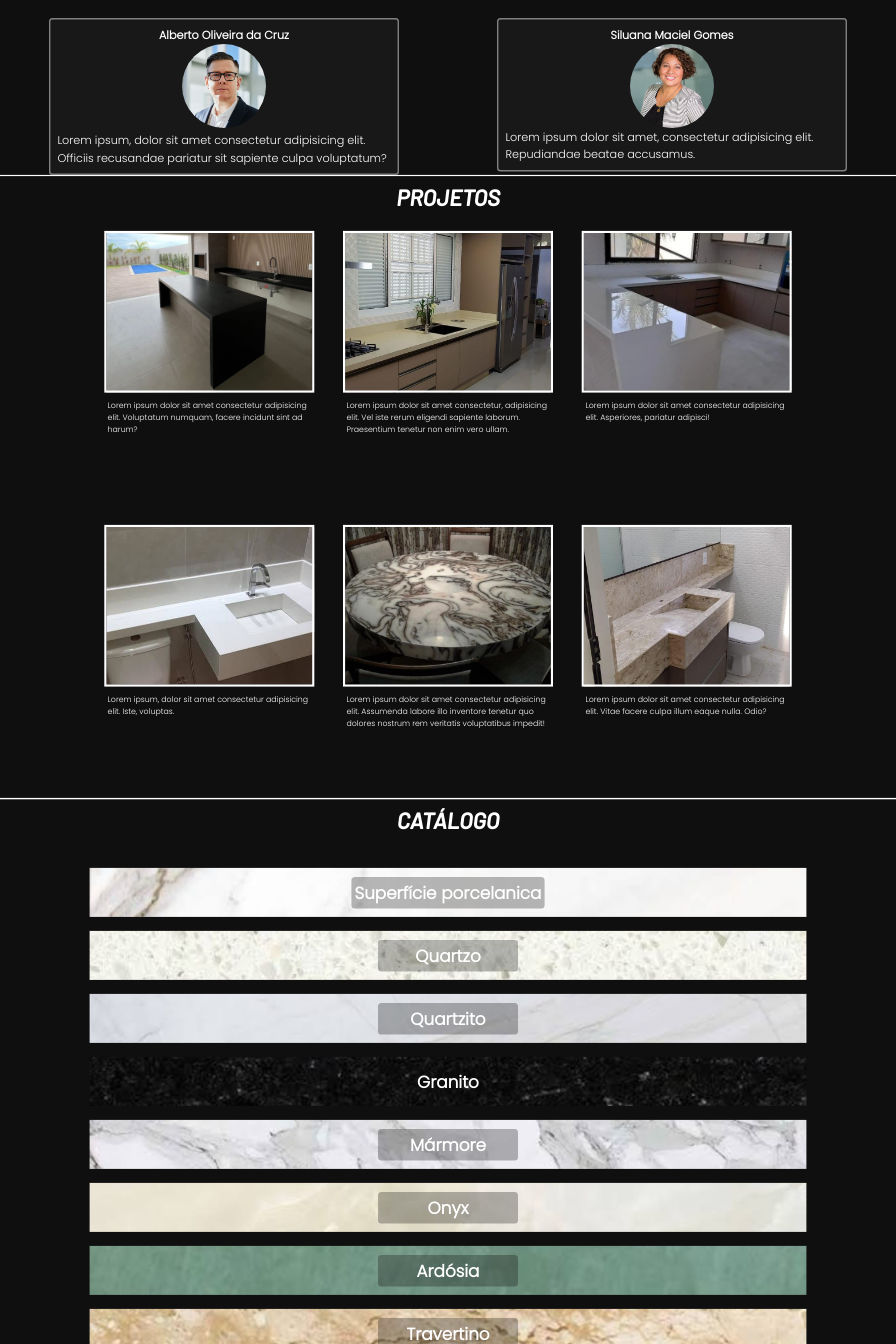
Repository: XFERRER7/projeto-xt7
Page: projetoMarmoraria/index.html
The author's editor kept a copy of each file at every save. The page is drawn from the files as they stood at one save, then again after the next save.
The browser window is 1280 px wide. The pictures show the part of the page from y = 1157 to 3077 px (the page is 4129 px tall before and 4193 px after), at 70% of full size.
Some web libraries are served in a nearby version.

Above is the page before, as saved 2022-05-19 14:41:18.

After the next save:
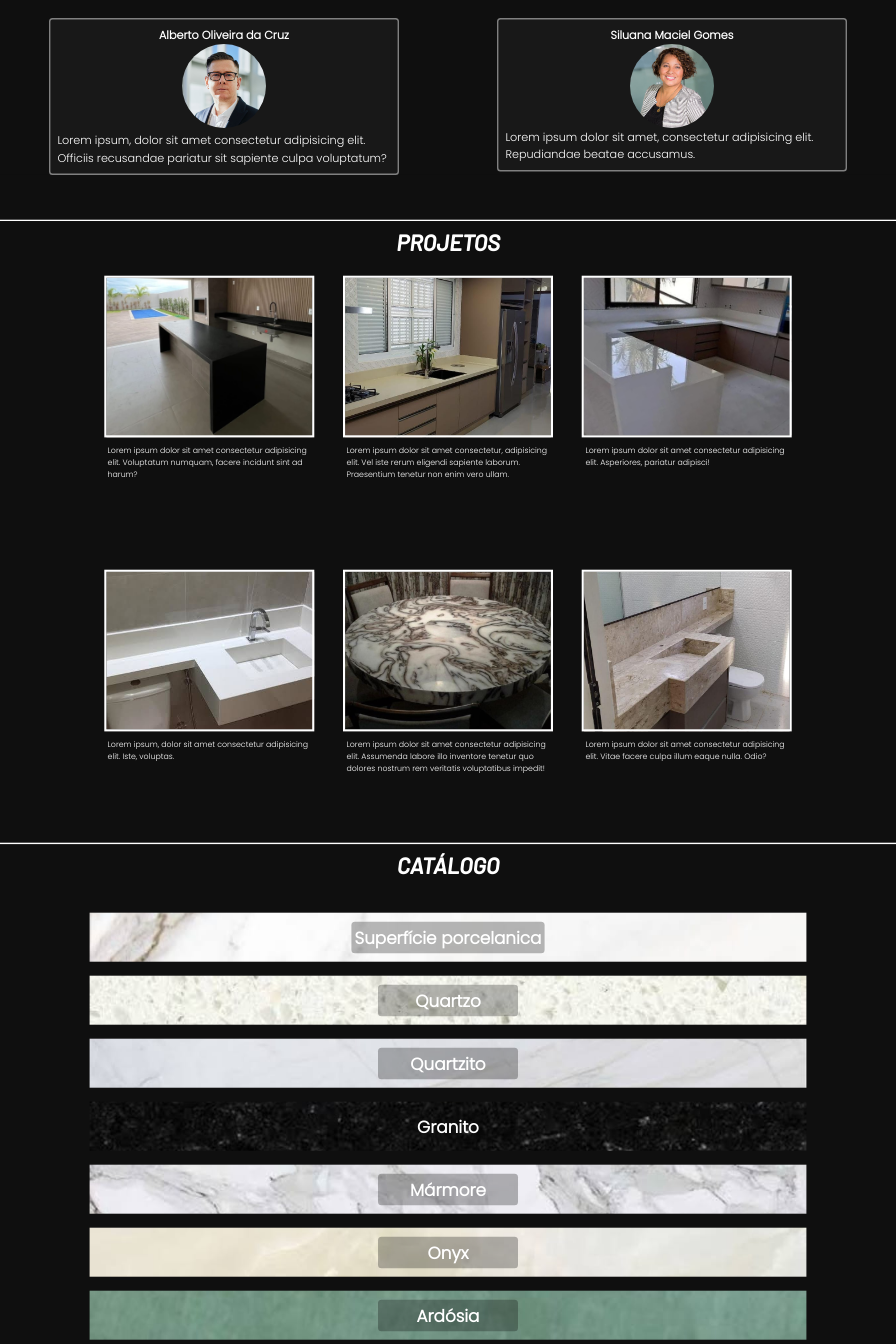
Saved 38 s later.
--- a/projetoMarmoraria/index.html
+++ b/projetoMarmoraria/index.html
@@ -63,7 +63,7 @@
     </div>
     <!-- SECTION B -->
 
-    <section id="sobre class="section-b">
+    <section id="sobre" class="section-b">
       <h1 class="title-section">SOBRE</h1>
 
 
